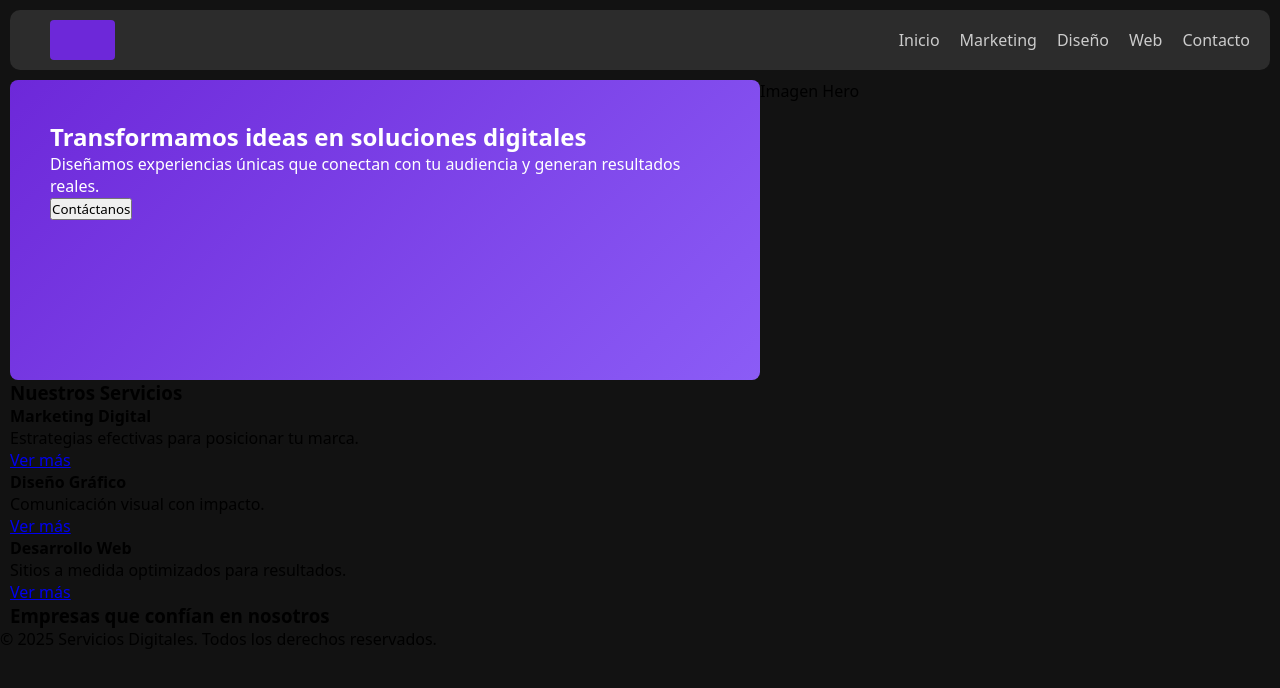
Repository: santinogarrone/TrabajoAgustin
Page: html/index.html
These files come from the project's save history. The page is drawn as it stood at one moment and after a run of saves; the edit follows.
The browser window is 1280 px wide. The pictures show the whole page.

Above is the page before, as saved 2025-05-02 12:11:13.

After the next 2 saves:
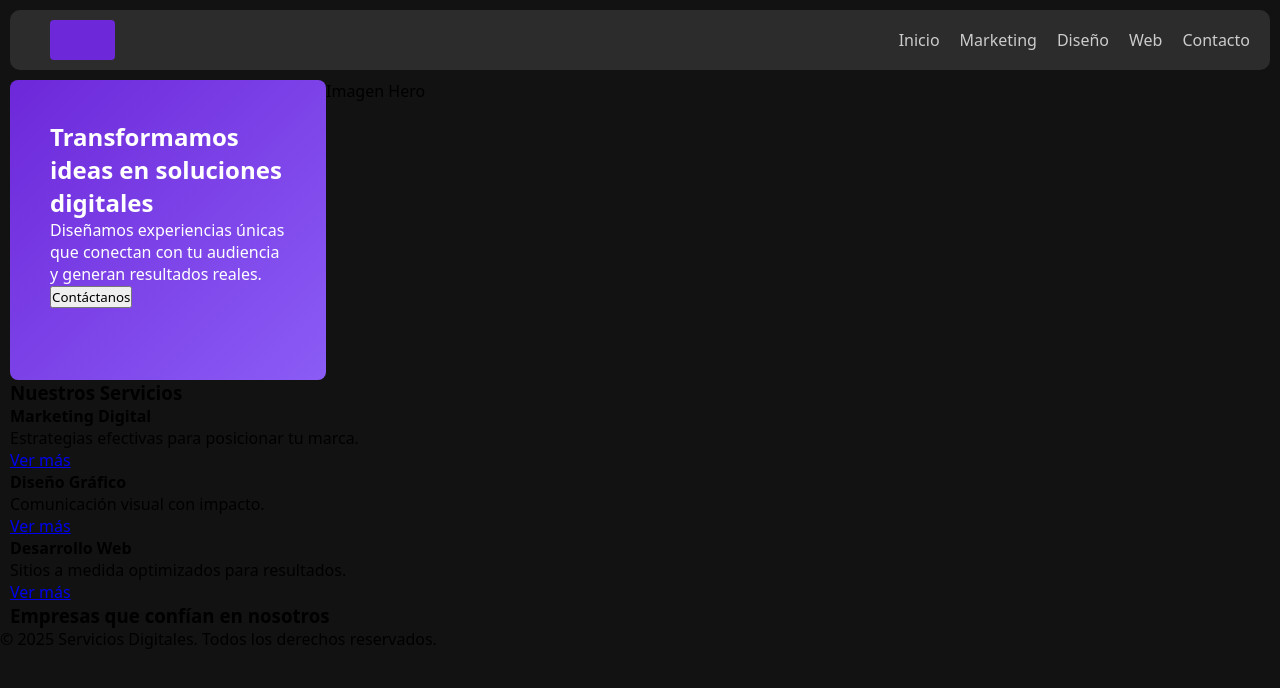
The 2 saves are shown as one change because they came seconds apart.
The last was saved 72 s later.
--- a/css/style.css
+++ b/css/style.css
@@ -75,6 +75,7 @@ header{
     height: 300px;
     flex-direction: column;
     gap: 20px;
+    width: 316px;
   }
 
   .tit-contacto{
